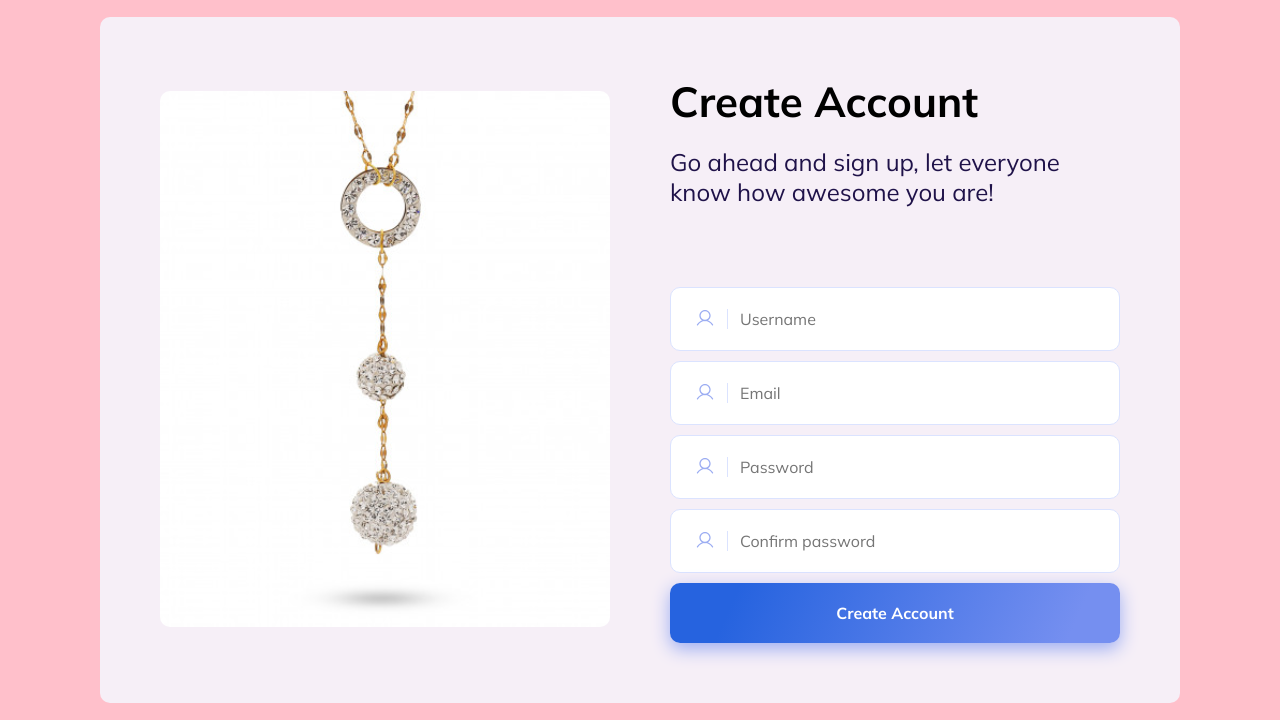
Repository: codezeloss/Valinteca-task
Page: signup.html
The author's editor kept a copy of each file at every save. The page is drawn from the files as they stood at one save, then again after the next save.
The browser window is 1280 px wide. The pictures show the whole page.

Above is the page before, as saved 2022-12-09 19:51:31.

After the next save:
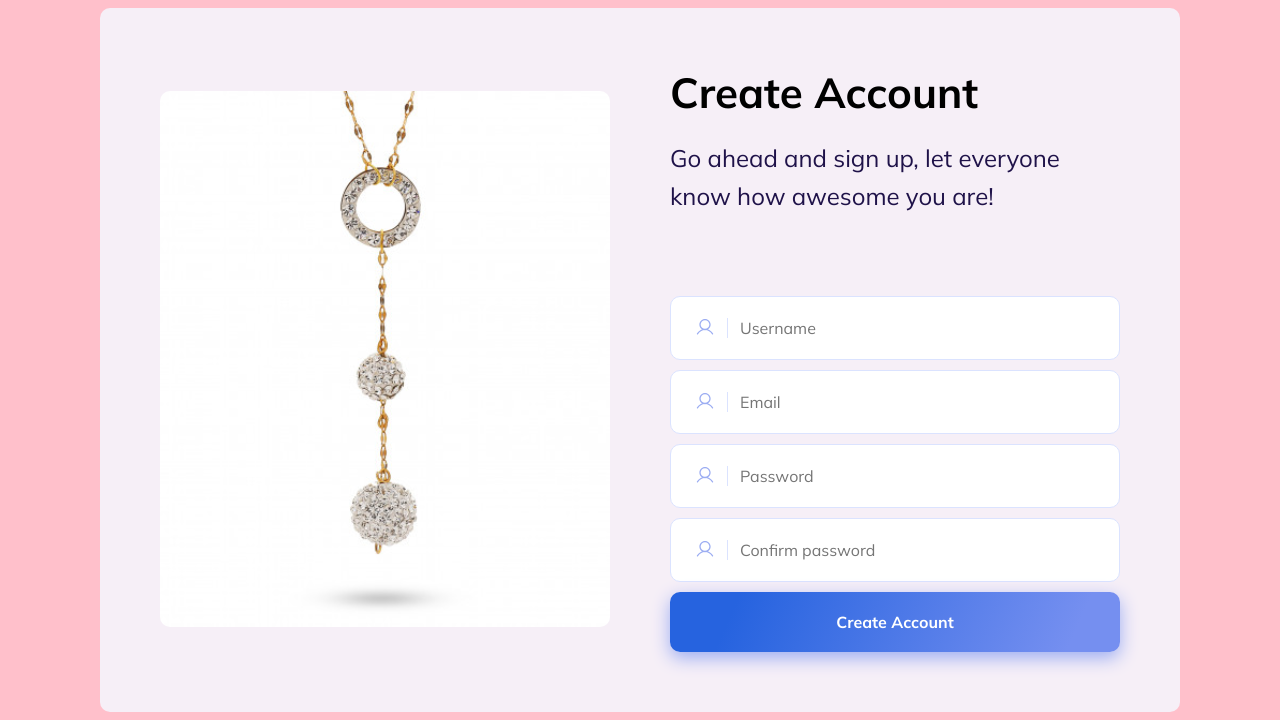
Saved 18 s later.
--- a/css/styles.css
+++ b/css/styles.css
@@ -56,6 +56,7 @@
   font-size: 24px;
   color: #1f1249;
   margin-bottom: 40px;
+  line-height: 160%;
 }
 
 .btn {
